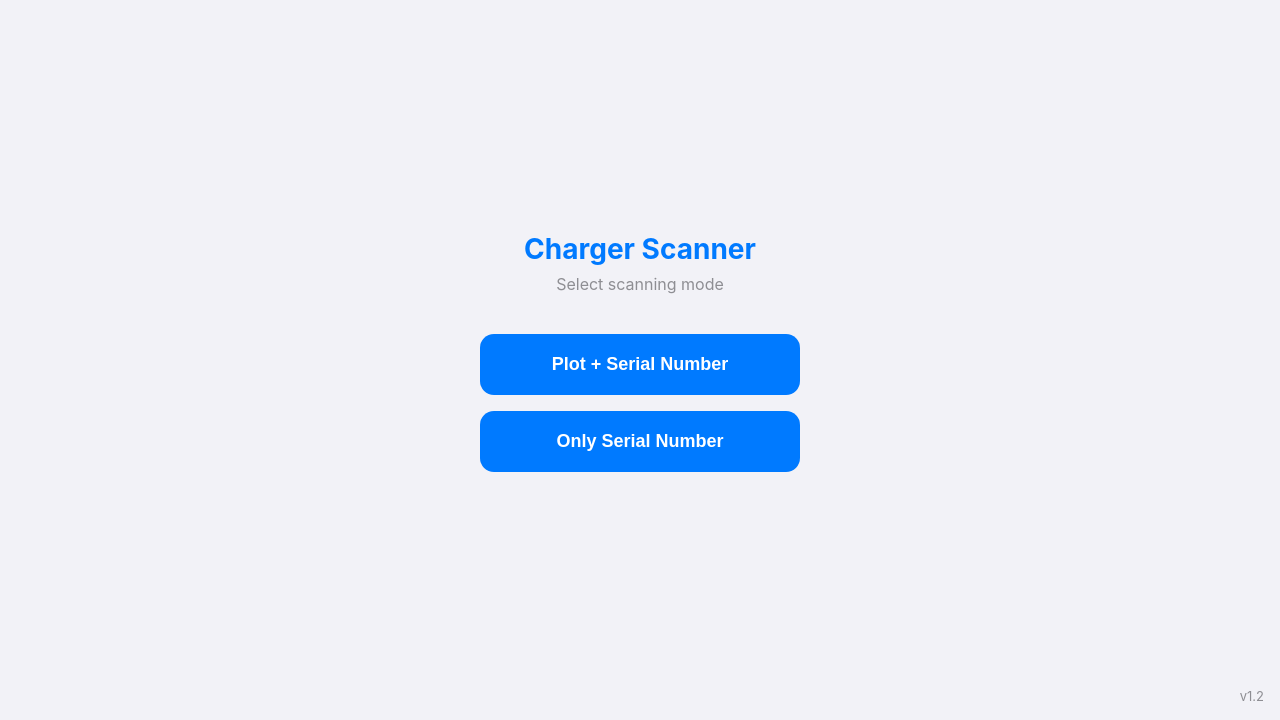
Repository: NikoDP20/BarcodeScanner
Page: index.html
An editor plug-in stored every save of this project. The page is shown before and after the next save, followed by the edit.
The browser window is 1280 px wide. The pictures show the whole page.

Above is the page before, as saved 2026-04-24 17:24:13.

After the next save:
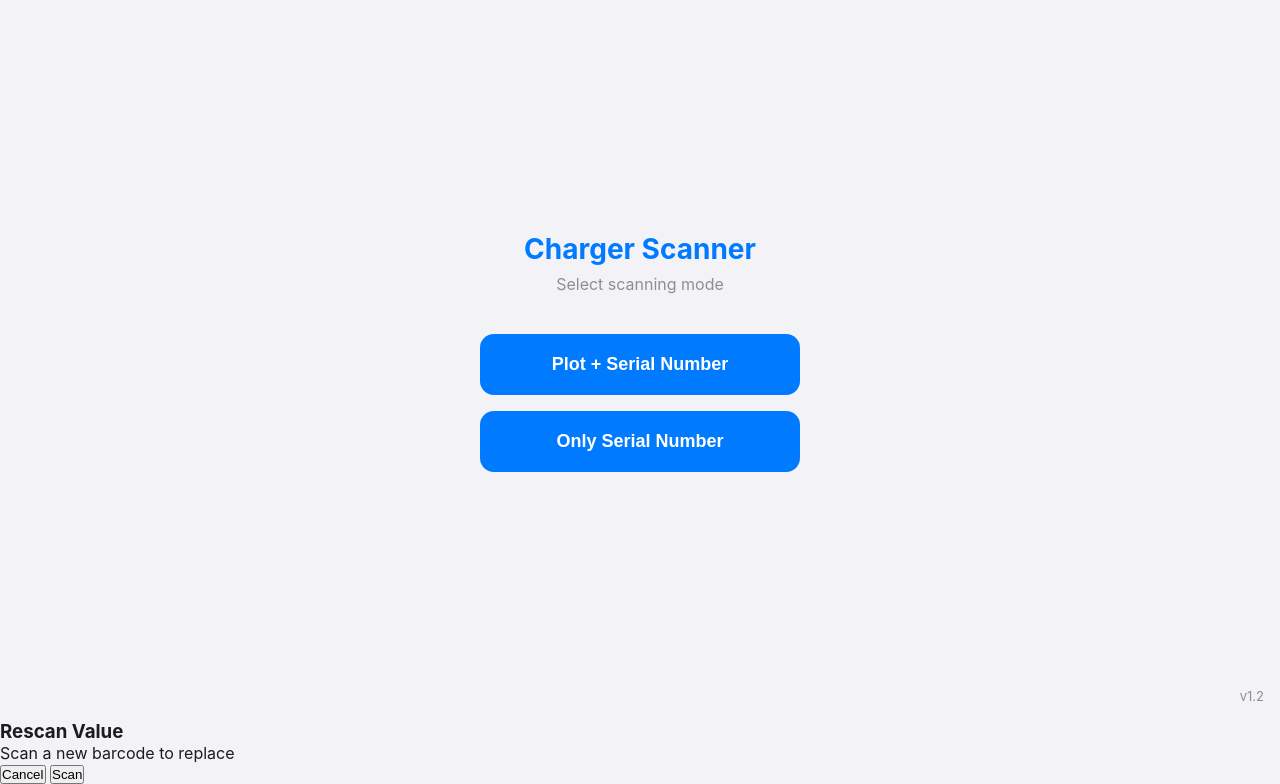
Saved 2 min 39 s later.
--- a/index.html
+++ b/index.html
@@ -416,6 +416,16 @@
         <button id="cancelQrBtn" onclick="cancelQrScan()">Cancel</button>
         <button id="scanQrBtn" onclick="triggerQrScan()">Scan</button>
         <button id="skipQrBtn" onclick="skipQrScan()">Skip / No QR</button>
+      </div>
+    </div>
+
+    <div id="rescanModal">
+      <h3>Rescan Value</h3>
+      <p>Scan a new barcode to replace <span id="rescanTarget"></span></p>
+      <div id="rescanReader"></div>
+      <div class="rescan-actions">
+        <button id="cancelRescanBtn" onclick="cancelRescan()">Cancel</button>
+        <button id="scanRescanBtn" onclick="triggerRescan()">Scan</button>
       </div>
     </div>
 
